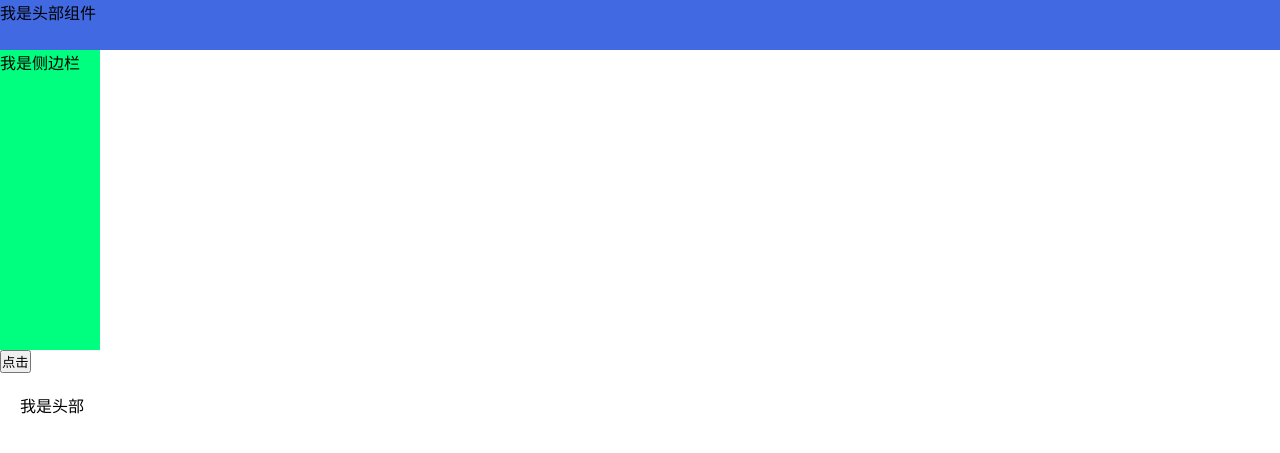
Repository: wujingwenwu/lianxi
Page: /child
These files come from the project's save history. The page is drawn as it stood at one moment and after a run of saves; the edit follows.
The browser window is 1280 px wide. The pictures show the whole page.
The project was rebuilt for these pictures with package versions that can differ from the ones it lists, and the page was loaded fresh each time. Also part of the build but not shown: src/views/Home.vue.

Above is the page before, as saved 2020-06-04 22:32:18.

### src/App.vue
<template>
  <div id="app">
  <keep-alive include="Home,Detail">
     <router-view/>
  </keep-alive>

  </div>
</template>

<style lang="scss">
*{
  margin: 0;
  padding: 0;
}
</style>

### src/router/index.js
import Vue from 'vue'
import VueRouter from 'vue-router'
import Home from '../views/Home.vue'

Vue.use(VueRouter)
  const routes = [
    {
     path:'/home',
     redirect:'/'
    },
    {
      path: '/',
      name: 'Parent',
      component: () => import('../views/paeent/Parent'),
      meta:{
        title:'首页'
      },
      children:[
        {
          path: 'child',
          name: 'child',
          component: () => import('../views/child/Child'),
          meta:{
            title:'头部页'
          }
        }

      ]
    },
    {
      path:'/sogin',
      name:'sogin',
      component:()=> import('../views/sogin/Sogin')
    },
    {
      path: '/detail',
      name: 'detail',
      component: () => import('../views/detail/Detail')
    },
  {
    path: '/home',
    name: 'Home',
    component: Home
  },
  {
    path: '/about',
    name: 'About',
    component: () => import('../views/About.vue')
  },


  {
    path:'*',
    component: () => import('../views/err/Err')
  }
]

const router = new VueRouter({
  mode: 'history',
  base: process.env.BASE_URL,
  routes
})

router.beforeEach((to,from,next) =>{
  document.title=to.meta.title
  let  user = JSON.parse.getItem
  next()
})
export default router

### src/views/paeent/Parent.vue
<template>
 <div>
   <div class="item">我是头部组件</div>
   <div class="item1">我是侧边栏</div>
   <button @click="azz">点击</button>
   <router-view></router-view>
 </div>
</template>

<script>
 export default {
   name:'',
   props:{

    },
   data () {
     return {

   }
   },
   components: {

   },
   methods: {
       azz(){
           this.$router.push('/child')
       }
   },
   mounted() {

   },
   watch: {

   },
   computed: {

   }
 }
</script>

<style scoped lang='scss'>
.item{
    width: 100%;
    height: 50px;
    background: royalblue;
}
.item1{
    width: 100px;
    height: 300px;
    background: springgreen;
}
</style>

### src/views/child/Child.vue
<template>
 <div>
   <div class="item2">我是头部</div>
 </div>
</template>

<script>
 export default {
   name:'',
   props:{

    },
   data () {
     return {

   }
   },
   components: {

   },
   methods: {

   },
   mounted() {

   },
   watch: {

   },
   computed: {

   }
 }
</script>

<style scoped lang='scss'>
.item2{
    margin-left: 20px;
    margin-top: 20px;
}
</style>

Loaded but not shown: public/index.html (common file); src/main.js (common file); src/store/index.js (common file)

After the next 2 saves:
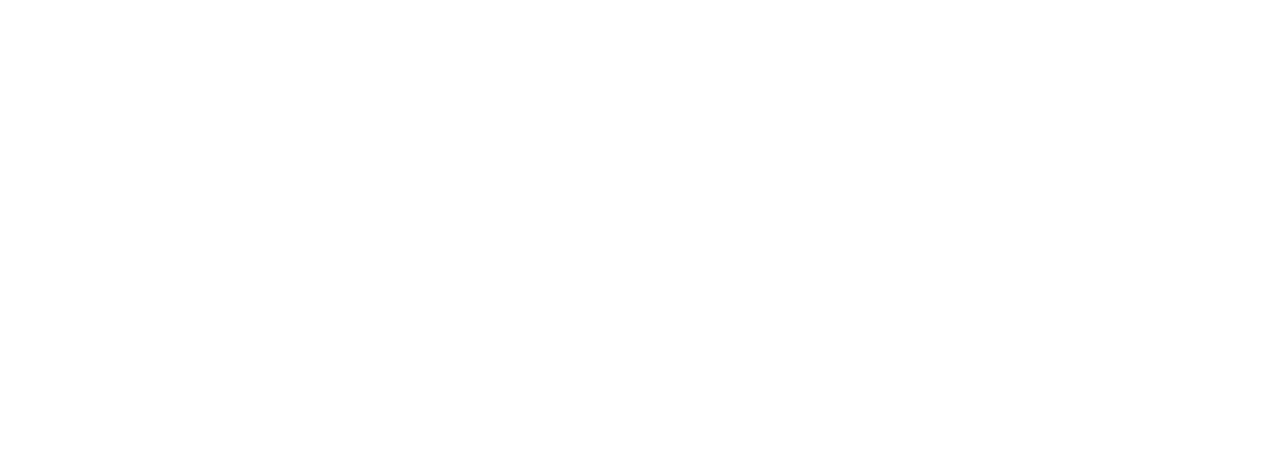
The 2 saves are shown as one change because 1 did not build or start.
The last was saved 29 s later.
--- a/src/router/index.js
+++ b/src/router/index.js
@@ -63,7 +63,7 @@
 
 router.beforeEach((to,from,next) =>{
   document.title=to.meta.title
-  let  user = JSON.parse.getItem
+  let  user = JSON.parse(localStorage.getItem)
   next()
 })
 export default router

After the 4 saves that followed:
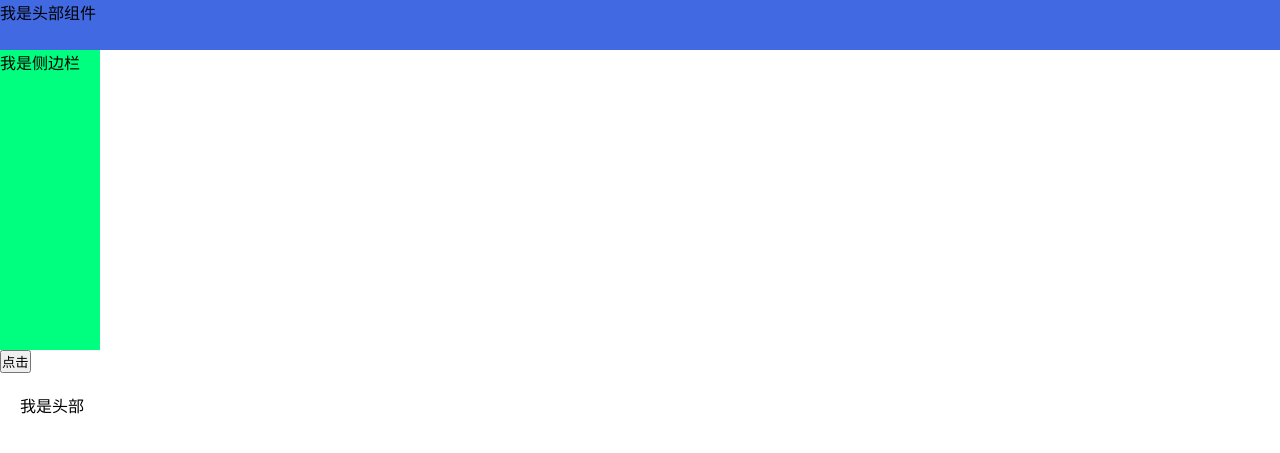
The 4 saves are shown as one change because 2 did not build or start and 1 left the picture as it was.
The last was saved 36 s later.
--- a/src/router/index.js
+++ b/src/router/index.js
@@ -63,7 +63,7 @@
 
 router.beforeEach((to,from,next) =>{
   document.title=to.meta.title
-  let  user = JSON.parse(localStorage.getItem)
+  let  user = JSON.parse(localStorage.getItem('user'))
   next()
 })
 export default router
